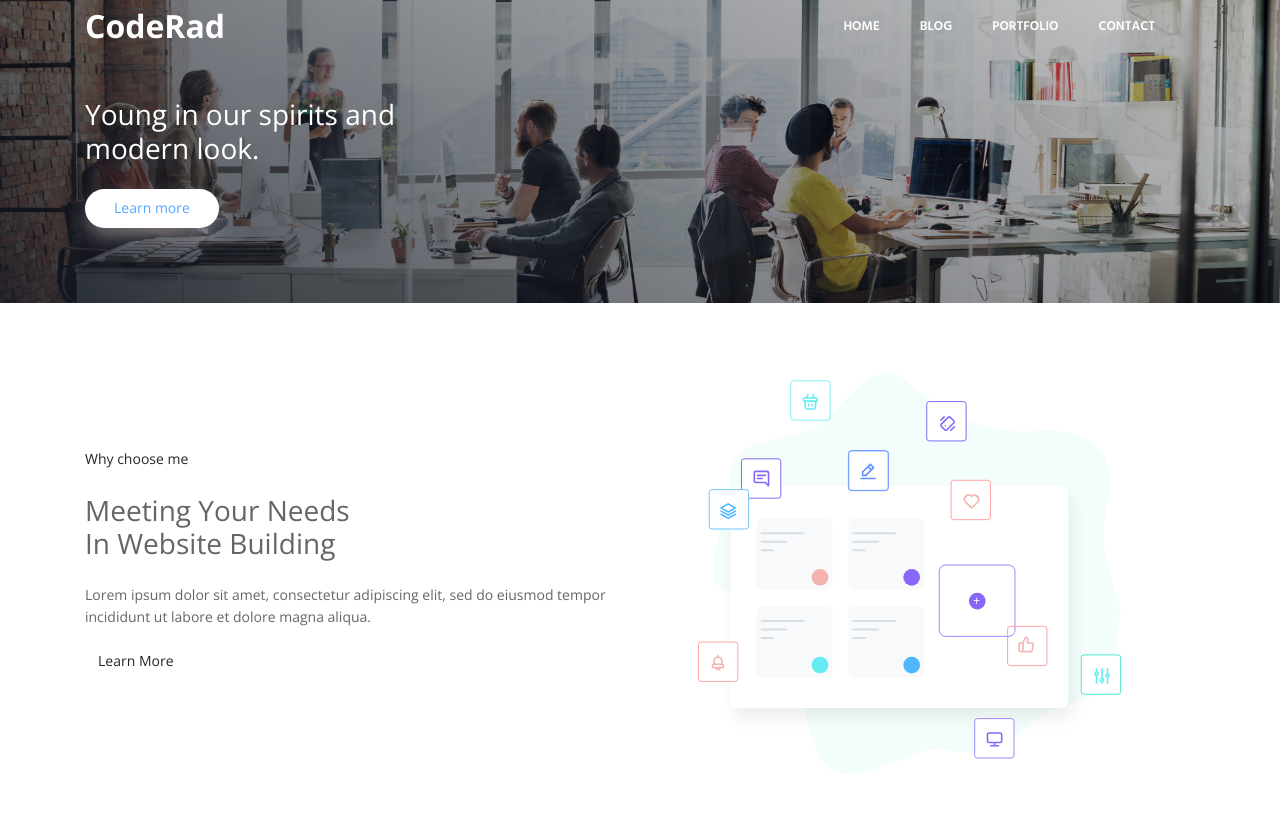
Repository: Sc-Juju/CodeRad
Page: index.html
The author's editor kept a copy of each file at every save. The page is drawn from the files as they stood at one save, then again after the next save.
The browser window is 1280 px wide. The pictures show the whole page.

Above is the page before, as saved 2022-11-01 15:19:17.

After the next save:
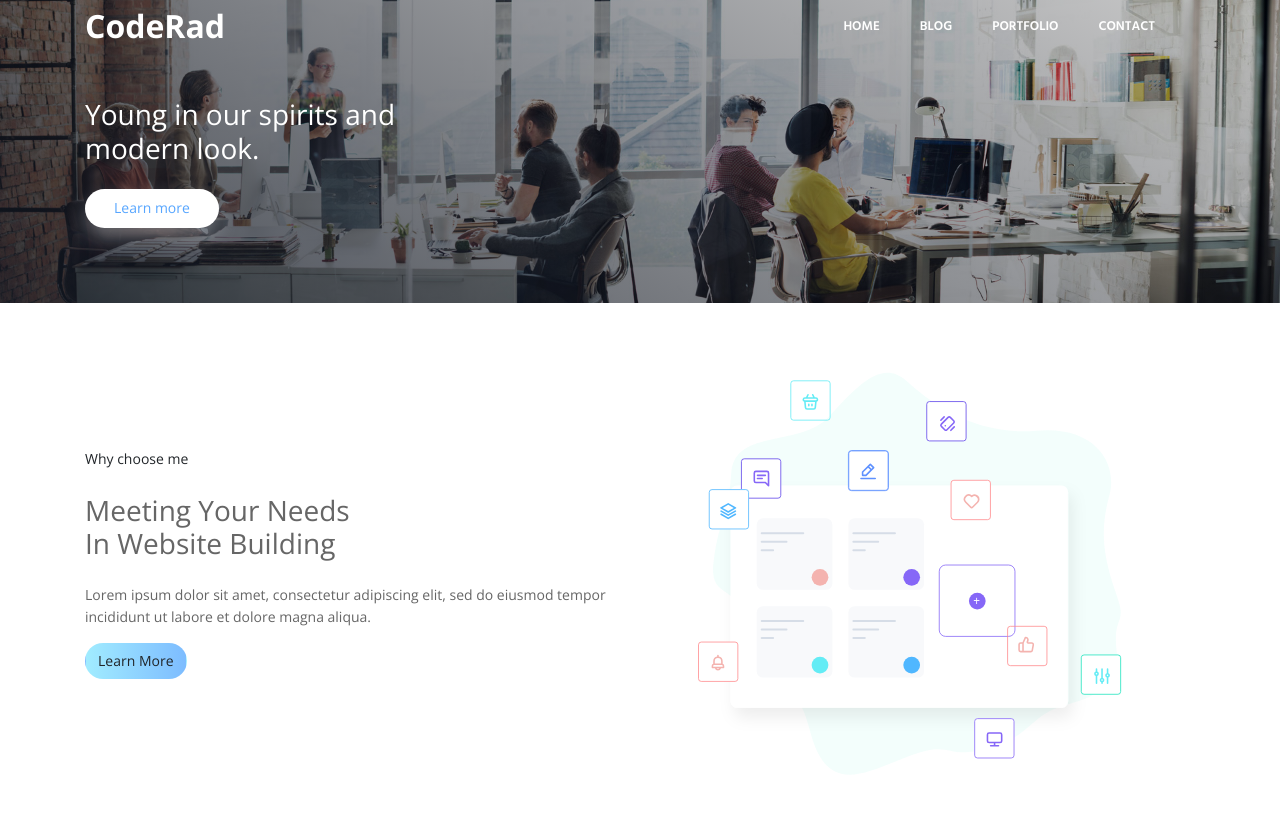
Saved 2 s later.
--- a/index.html
+++ b/index.html
@@ -73,7 +73,7 @@
 						sed do eiusmod tempor incididunt ut labore et dolore
 						magna aliqua.
 					</p>
-					<a href="" class="btn">Learn More</a>
+					<a href="" class="btn btn-primary">Learn More</a>
 				</div>
 				<div>
 					<img src="./CodeRad-assets/image2.svg" alt="Icon Chart" />
